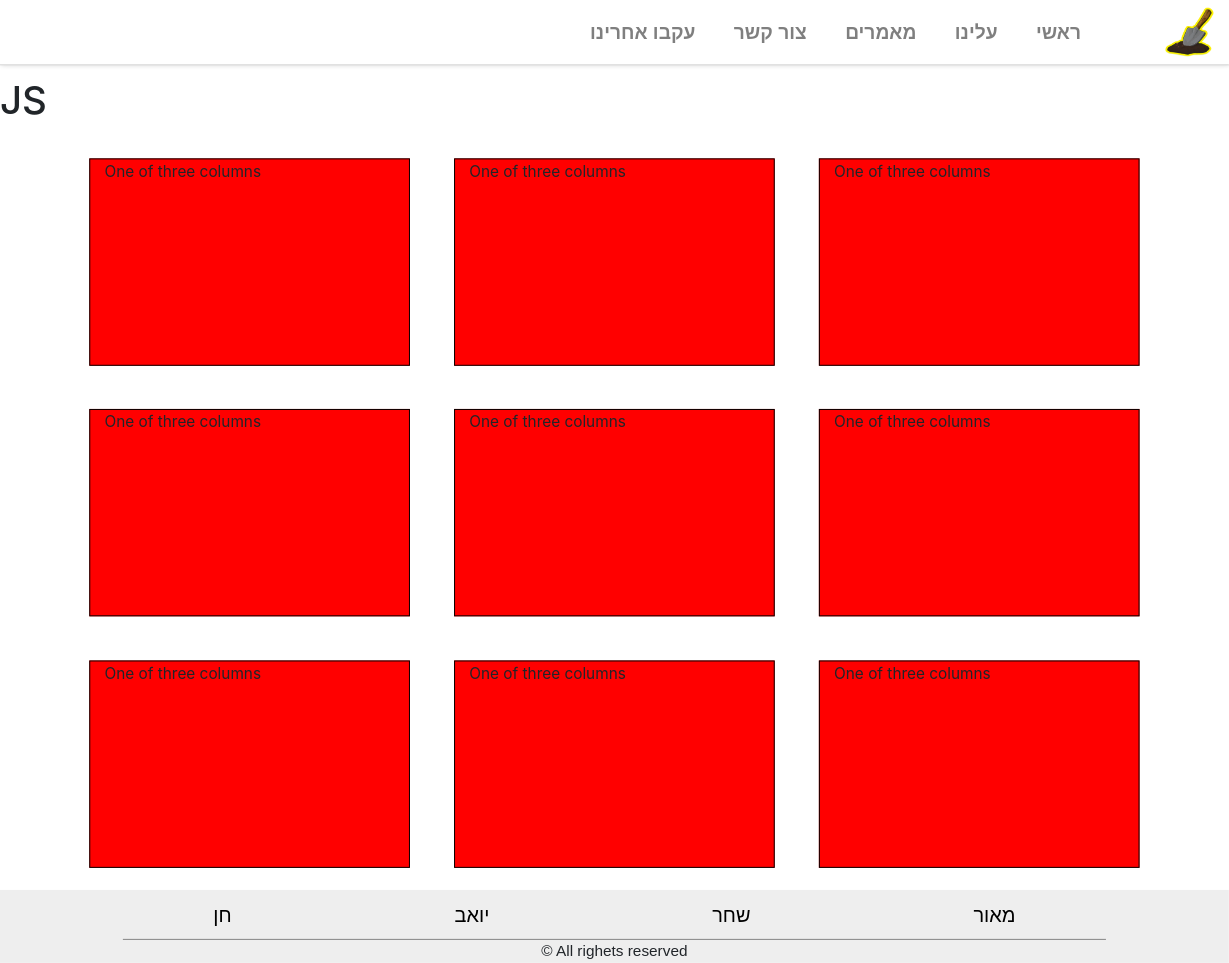
Repository: yoavBenZion/Blog-Zubi
Page: articlesPage.html
An editor plug-in stored every save of this project. The page is shown before and after the next save, followed by the edit.
The browser window is 1280 px wide. The pictures show the whole page, at 96% of full size.
Some web fonts or font styles are not loaded; a fallback is used. Some web libraries are served in a nearby version.

Above is the page before, as saved 2017-10-26 11:53:21.

### articlesPage.html
<!DOCTYPE html>
<html lang="he">

<head>
    <meta charset="UTF-8">
    <meta name="viewport" content="width=device-width, initial-scale=1,user-scalable=no;">
    <title>החופרים</title>
    <link rel="stylesheet" href="https://maxcdn.bootstrapcdn.com/bootstrap/4.0.0-beta/css/bootstrap.min.css" integrity="sha384-/Y6pD6FV/Vv2HJnA6t+vslU6fwYXjCFtcEpHbNJ0lyAFsXTsjBbfaDjzALeQsN6M"
        crossorigin="anonymous">
    <link rel="stylesheet" href="https://maxcdn.bootstrapcdn.com/bootstrap/4.0.0-beta.2/css/bootstrap.min.css" integrity="sha384-PsH8R72JQ3SOdhVi3uxftmaW6Vc51MKb0q5P2rRUpPvrszuE4W1povHYgTpBfshb"
        crossorigin="anonymous">

    <script src="https://code.jquery.com/jquery-3.2.1.slim.min.js" integrity="sha384-KJ3o2DKtIkvYIK3UENzmM7KCkRr/rE9/Qpg6aAZGJwFDMVNA/GpGFF93hXpG5KkN"
        crossorigin="anonymous"></script>
    <script src="https://cdnjs.cloudflare.com/ajax/libs/popper.js/1.12.3/umd/popper.min.js" integrity="sha384-vFJXuSJphROIrBnz7yo7oB41mKfc8JzQZiCq4NCceLEaO4IHwicKwpJf9c9IpFgh"
        crossorigin="anonymous"></script>
    <script src="https://maxcdn.bootstrapcdn.com/bootstrap/4.0.0-beta.2/js/bootstrap.min.js" integrity="sha384-alpBpkh1PFOepccYVYDB4do5UnbKysX5WZXm3XxPqe5iKTfUKjNkCk9SaVuEZflJ"
        crossorigin="anonymous"></script>
    <link rel="stylesheet" href="css/Gridrispon.css" type="text/css">
    <link rel="stylesheet" href="css/header.css" type="text/css">
    <link rel="stylesheet" href="css/PopupRispon.css">
    <link rel="stylesheet" href="css/footer.css">
    <link rel="stylesheet" type="text/css" href="css/articlesPage.css">



</head>

<body dir="rtl">
    <header>

        <nav class="navbar navbar-expand-sm navbar-light bg-faded">
            <button class="navbar-toggler" type="button" data-toggle="collapse" data-target="#nav-content" aria-controls="nav-content"
                aria-expanded="false" aria-label="Toggle navigation">
                <span class="navbar-toggler-icon"></span>
            </button>
            <div class="logo">
                <img src="./img/shovel-575661_1280.png">
            </div>
            <!-- Brand -->
            <a class="navbar-brand" href="#"> </a>

            <!-- Links -->
            <div class="collapse navbar-collapse" id="nav-content">
                <ul class="navbar-nav">
                    <li class="nav-item">
                        <a class="nav-link" href="#1">ראשי</a>
                    </li>
                    <li class="nav-item">
                        <a class="nav-link" href="#2">עלינו</a>
                    </li>
                    <li class="nav-item">
                        <a class="nav-link" href="#5">מאמרים</a>
                    </li>
                    <li class="nav-item">
                        <a class="nav-link" href="contact.html">צור קשר</a>
                    </li>
                    <li class="nav-item">
                        <a class="nav-link" href="subscribe.html">עקבו אחרינו</a>
                    </li>

                </ul>

            </div>

        </nav>

    </header>


    <h1>JS</h1>
    <div class="container">
        <div class="row">
            <div class="col">
                One of three columns
            </div>
            <div class="col">
                One of three columns
            </div>
            <div class="col">
                One of three columns
            </div>
        </div>
        <div class="row">
            <div class="col">
                One of three columns
            </div>
            <div class="col">
                One of three columns
            </div>
            <div class="col">
                One of three columns
            </div>
        </div>
        <div class="row">
            <div class="col">
                One of three columns
            </div>
            <div class="col">
                One of three columns
            </div>
            <div class="col">
                One of three columns
            </div>
        </div>
    </div>

    <footer id="footer">
        <ul>
            <li class="box">
                <a class="button" href="#popup3">
                    מאור
                </a>
            </li>
            <li class="box">
                <a class="button" href="#popup2">
                    שחר
                </a>
            </li>
            <li class="box">
                <a class="button" href="#popup1">
                    יואב
                </a>
            </li>
            <li>
                <a class="button" href="#popup4">
                    חן
                </a>
            </li>
        </ul>
        </div>
        <!--yoav popup-->
        <div id="popup1" class="overlay">
            <div class="popup">
                <h2>Yoav Benzion</h2>
                <a class="close" href="#footer">&times;</a>
                <div class="content">
                    <div class="footer-social-icons">
                        <img class="avatar" src="img/yoav.jfif">
                        <p>front end web developer</p>
                        <h4 class="_14">Follow me on:</h4>
                        <ul class="social-icons">
                            <li>
                                <a href="https://www.facebook.com/yoav.benzion.5" target="_blank" class="social-icon">
                                    <i class="fa fa-facebook"></i>
                                </a>
                            </li>
                            <li>
                                <a href="https://twitter.com/Yoav_BenZion" target="_blank" class="social-icon">
                                    <i class="fa fa-twitter"></i>
                                </a>
                            </li>
                            <li>
                                <a href="https://github.com/yoavBenZion" target="_blank" class="social-icon">
                                    <i class="fa fa-github"></i>
                                </a>
                            </li>
                            <li>
                                <a href="https://codepen.io/yoavBZ/" target="_blank" class="social-icon">
                                    <i class="fa fa-codepen"></i>
                                </a>
                            </li>
                            <li>
                                <a href="https://www.linkedin.com/in/yoav-benzion-45818360/" target="_blank" class="social-icon">
                                    <i class="fa fa-linkedin"></i>
                                </a>
                            </li>
                            <li>
                                <a href="https://stackoverflow.com/users/8386160/yoav-b" target="_blank" class="social-icon">
                                    <i class="fa fa-stack-overflow"></i>
                                </a>
                            </li>
                        </ul>
                    </div>
                </div>
            </div>
        </div>
        <!--Shachar popup-->
        <div id="popup2" class="overlay">
            <div class="popup">
                <h2>Shachar</h2>
                <a class="close" href="#footer">&times;</a>
                <div class="content">
                    <div class="footer-social-icons">
                        <img class="avatar" src="img/kid.jpg">
                        <p>front end web developer</p>
                        <h4 class="_14">Follow me on:</h4>
                        <ul class="social-icons">
                            <li>
                                <a href="" class="social-icon">
                                    <i class="fa fa-facebook"></i>
                                </a>
                            </li>
                            <li>
                                <a href="" class="social-icon">
                                    <i class="fa fa-twitter"></i>
                                </a>
                            </li>
                            <li>
                                <a href="" class="social-icon">
                                    <i class="fa fa-github"></i>
                                </a>
                            </li>
                            <li>
                                <a href="" class="social-icon">
                                    <i class="fa fa-codepen"></i>
                                </a>
                            </li>
                            <li>
                                <a href="" class="social-icon">
                                    <i class="fa fa-linkedin"></i>
                                </a>
                            </li>
                            <li>
                                <a href="" class="social-icon">
                                    <i class="fa fa-stack-overflow"></i>
                                </a>
                            </li>
                        </ul>
                    </div>
                </div>
            </div>
        </div>

        <!--Maor popup-->

        <div id="popup3" class="overlay">
            <div class="popup">
                <h2>Maor</h2>
                <a class="close" href="#footer">&times;</a>
                <div class="content">
                    <div class="footer-social-icons">
                        <img class="avatar" src="img/mona.jpg">
                        <p>front end web developer</p>
                        <h4 class="_14">Follow me on:</h4>
                        <ul class="social-icons">
                            <li>
                                <a href="" class="social-icon">
                                    <i class="fa fa-facebook"></i>
                                </a>
                            </li>
                            <li>
                                <a href="" class="social-icon">
                                    <i class="fa fa-twitter"></i>
                                </a>
                            </li>
                            <li>
                                <a href="" class="social-icon">
                                    <i class="fa fa-github"></i>
                                </a>
                            </li>
                            <li>
                                <a href="" class="social-icon">
                                    <i class="fa fa-codepen"></i>
                                </a>
                            </li>
                            <li>
                                <a href="" class="social-icon">
                                    <i class="fa fa-linkedin"></i>
                                </a>
                            </li>
                            <li>
                                <a href="" class="social-icon">
                                    <i class="fa fa-stack-overflow"></i>
                                </a>
                            </li>
                        </ul>
                    </div>
                </div>
            </div>
        </div>

        <!--Chen popup-->
        <div id="popup4" class="overlay">
            <div class="popup">
                <h2>Chen Ginsberg</h2>
                <a class="close" href="#footer">&times;</a>
                <div class="content">
                    <!--          <div class="footer-social-icons">-->
                    <img class="avatar" src="img/MINER.jpg">
                    <p>front end web developer</p>
                    <h4 class="_14">Follow me on:</h4>
                    <ul class="social-icons">
                        <li>
                            <a href="https://www.facebook.com/chenogi" class="social-icon">
                                <i class="fa fa-facebook"></i>
                            </a>
                        </li>
                        <li>
                            <a href="https://github.com/ChenGinsberg?" class="social-icon">
                                <i class="fa fa-github"></i>
                            </a>
                        </li>
                        <li>
                            <a href="https://www.linkedin.com/in/chen-ginsberg-8829a713b/" class="social-icon">
                                <i class="fa fa-linkedin"></i>
                            </a>
                        </li>
                        <li>
                            <a href="https://stackoverflow.com/users/8377318/chen-ginsberg" class="social-icon">
                                <i class="fa fa-stack-overflow"></i>
                            </a>
                        </li>
                    </ul>
                </div>
            </div>
        </div>



        <div class="footer-bottem" dir="ltr">&copy; All righets reserved </div>
    </footer>
    <script src="https://code.jquery.com/jquery-3.2.1.slim.min.js" integrity="sha384-KJ3o2DKtIkvYIK3UENzmM7KCkRr/rE9/Qpg6aAZGJwFDMVNA/GpGFF93hXpG5KkN"
        crossorigin="anonymous"></script>
    <script src="https://cdnjs.cloudflare.com/ajax/libs/popper.js/1.11.0/umd/popper.min.js" integrity="sha384-b/U6ypiBEHpOf/4+1nzFpr53nxSS+GLCkfwBdFNTxtclqqenISfwAzpKaMNFNmj4"
        crossorigin="anonymous"></script>
    <script src="https://maxcdn.bootstrapcdn.com/bootstrap/4.0.0-beta/js/bootstrap.min.js" integrity="sha384-h0AbiXch4ZDo7tp9hKZ4TsHbi047NrKGLO3SEJAg45jXxnGIfYzk4Si90RDIqNm1"
        crossorigin="anonymous"></script>
</body>

</html>

### css/footer.css
@import url(http://fonts.googleapis.com/earlyaccess/alefhebrew.css);
footer {
  background-color: #eee;
  text-align: center;
  font-family: "Alef Hebrew", sans-serif;
  font-size: 1.3rem;
}

footer ul {
  display: flex;
  flex-direction: row;
  padding-right: 0;
  justify-content: space-evenly;
}

footer ul>li {
  list-style: none;
  padding: 10px;
  /*  background-color: #29C3FF;*/
}

footer ul>li:nth-child(odd) {
  color: #93A2A8;
}

footer ul>li:nth-child(even) {
  color: #E2DDE7;
}

footer ul>li:hover {
  background-color: #fff;
  /*  flex: 1;*/
  /*  font-size: 1.5rem;*/
  color: #E2DD11;
  /*  background-repeat: no-repeat;*/
}


/*
footer ul {
  display: grid;
  grid-template-columns: repeat(4, 1fr);
  grid-auto-rows:minmax(50px, auto);
  margin-right: -40px;
 grid-gap: 0.5em;
}
*/

.about,
.footer-bottem {
  text-align: center;
  width: 80%;
  margin: 0 auto;
}

.about {
  border-bottom: 1px dotted black;
}

.footer-bottem {
  border-top: 0.5px solid grey;
  font-size: 1rem;
}

### css/articlesPage.css
/* Grid */

body {
    background-color: ;
}

.col {
    background-color: red;
    margin: 2%;
    height: 30vh;
    border: 1px solid black;
}

Loaded but not shown: css/PopupRispon.css (986 lines, source omitted); css/Gridrispon.css (977 lines, source omitted); css/header.css (no stored copy; drawn as an empty file)

After the next save:
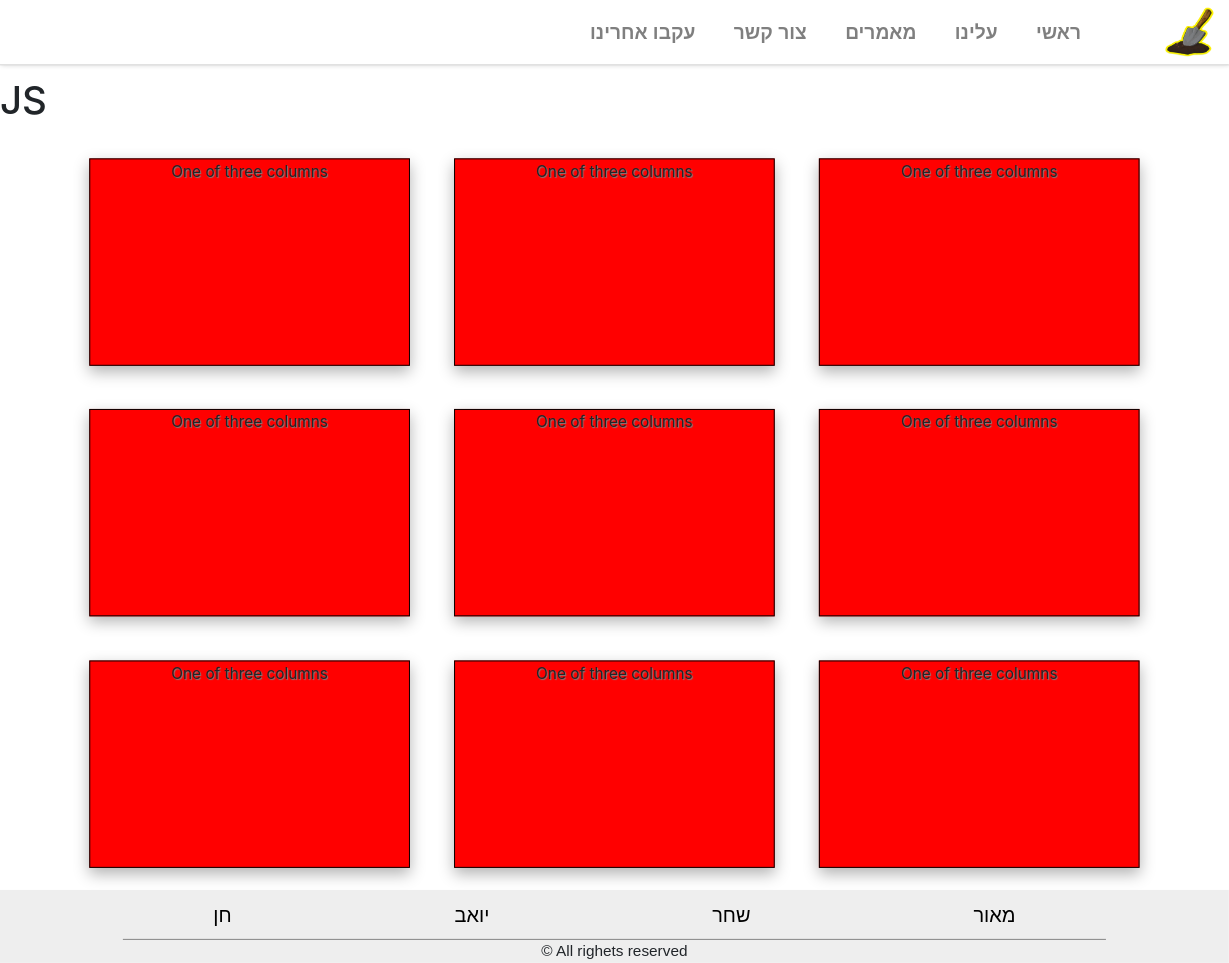
Saved 3 min 7 s later.
--- a/css/articlesPage.css
+++ b/css/articlesPage.css
@@ -9,4 +9,7 @@ body {
     margin: 2%;
     height: 30vh;
     border: 1px solid black;
+    text-align: center;
+    text-shadow: 1px 1px 1px grey;
+    box-shadow: 0 6px 15px 0 rgba(0, 1, 1, 0.3);
 }
